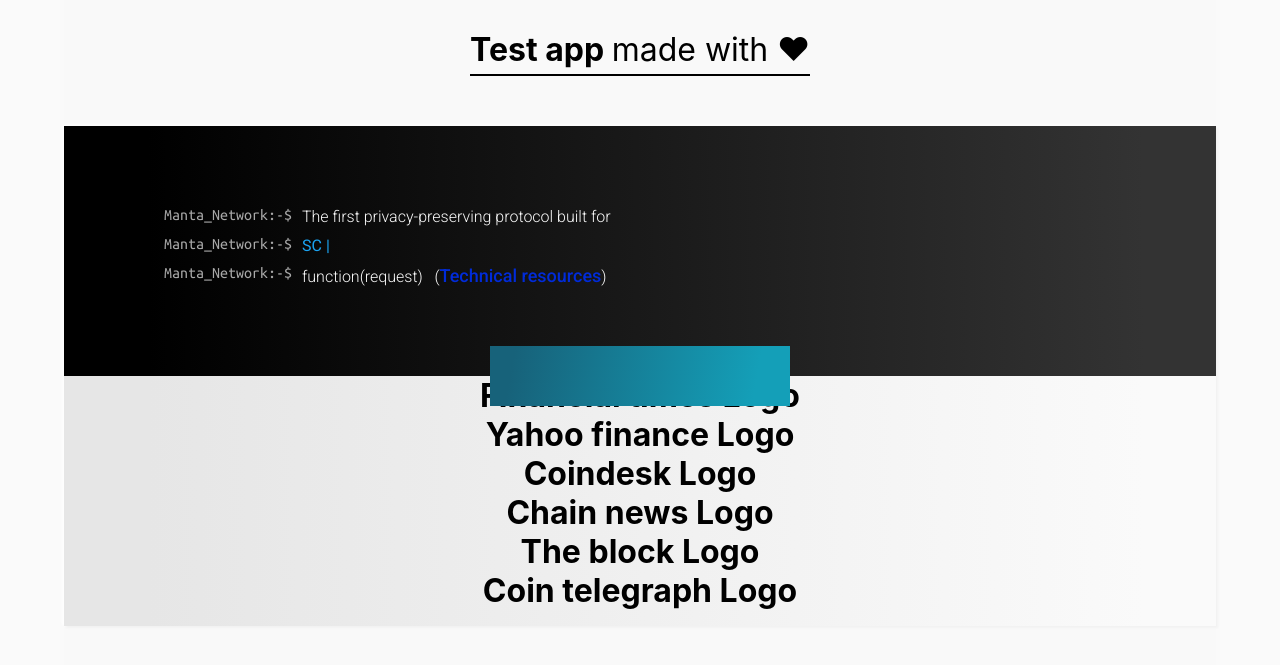
Repository: Khattak01/test-app
Page: /
These files come from the project's save history. The page is drawn as it stood at one moment and after the next save; the edit follows.
The browser window is 1280 px wide. The pictures show the whole page.
The project was rebuilt for these pictures with package versions that can differ from the ones it lists, and the page was loaded fresh each time.

Above is the page before, as saved 2021-05-12 08:31:35.

### public/index.html
<!DOCTYPE html>
<html lang="en">
  <head>
    <meta charset="utf-8" />
    <link rel="icon" href="%PUBLIC_URL%/favicon.ico" />
    <meta name="viewport" content="width=device-width, initial-scale=1" />
    <meta name="theme-color" content="#000000" />
    <meta
      name="description"
      content="Web site created using create-react-app"
    />
    <link rel="apple-touch-icon" href="%PUBLIC_URL%/logo192.png" />
    <!--
      manifest.json provides metadata used when your web app is installed on a
      user's mobile device or desktop. See https://developers.google.com/web/fundamentals/web-app-manifest/
    -->
    <link rel="manifest" href="%PUBLIC_URL%/manifest.json" />
    <!--
      Notice the use of %PUBLIC_URL% in the tags above.
      It will be replaced with the URL of the `public` folder during the build.
      Only files inside the `public` folder can be referenced from the HTML.

      Unlike "/favicon.ico" or "favicon.ico", "%PUBLIC_URL%/favicon.ico" will
      work correctly both with client-side routing and a non-root public URL.
      Learn how to configure a non-root public URL by running `npm run build`.
    -->
    <title>Test App</title>
  </head>
  <body>
    <noscript>You need to enable JavaScript to run this app.</noscript>
    <div id="root"></div>
    <!--
      This HTML file is a template.
      If you open it directly in the browser, you will see an empty page.

      You can add webfonts, meta tags, or analytics to this file.
      The build step will place the bundled scripts into the <body> tag.

      To begin the development, run `npm start` or `yarn start`.
      To create a production bundle, use `npm run build` or `yarn build`.
    -->
  </body>
</html>

### src/index.js
import React from 'react';
import ReactDOM from 'react-dom';
import './index.css';
import App from '../src/components/app/App';

ReactDOM.render(
  <React.StrictMode>
      <App />
  </React.StrictMode>,
  document.getElementById('root')
);

### src/index.css
*{
  margin: 0;
  padding: 0;
  box-sizing: border-box;
}
body {
  margin: 0;
  font-family: -apple-system, BlinkMacSystemFont, 'Segoe UI', 'Roboto', 'Oxygen',
    'Ubuntu', 'Cantarell', 'Fira Sans', 'Droid Sans', 'Helvetica Neue',
    sans-serif;
  -webkit-font-smoothing: antialiased;
  -moz-osx-font-smoothing: grayscale;
}

code {
  font-family: source-code-pro, Menlo, Monaco, Consolas, 'Courier New',
    monospace;
}

.container{
  width:90%;
  margin:auto auto;
  background-color: #f9f9f9;
  padding: 10px;
}

### src/components/app/App.js
import React from 'react'
import './App.css'
import Banner from '../banner/Banner'

const App = () => {
    return (
        <div className="app container">
            <h1>Test app <span style={{fontWeight:'lighter'}}> made with </span> &#10084;</h1>
            <Banner />
        </div>
    )
}

export default App

### src/components/app/App.css
@import url("https://fonts.googleapis.com/css2?family=Ubuntu+Mono:ital,wght@0,400;0,700;1,400&display=swap");
@import url("https://fonts.googleapis.com/css2?family=Roboto:ital,wght@0,300;0,400;0,500;0,700;1,300;1,400;1,500;1,700&display=swap");

body {
  background-color: #fafafa;
}
.app {
  padding: 30px 0;
  min-height: 100vh;
  text-align: center;
}
.app > h1 {
  display: inline-block;

  text-align: center;
  width: max-content;
  padding-bottom: 5px;
  border-bottom: 2px solid black;
  margin-bottom: 50px;
}

:root {
  --color-primary: linear-gradient(
    100.28537797494744deg,
    rgba(23, 98, 122, 1) 6.8671875%,
    rgba(23, 98, 122, 1) 8.216145833333332%,
    rgba(20, 159, 184, 1) 87.80468749999999%
  );

  --color-dark: linear-gradient(
    89.76211853375082deg,
    rgba(0, 0, 0, 1) 5.893229166666666%,
    rgba(0, 0, 0, 1) 7.356770833333332%,
    rgba(51, 51, 51, 1) 93.70572916666666%
  );

  --color-light: linear-gradient(
    89.76211853375082deg,
    rgba(230, 230, 230, 1) 5.893229166666666%,
    rgba(230, 230, 230, 1) 7.356770833333332%,
    rgba(250, 250, 250, 1) 93.70572916666666%
  );

  --font-heading: "Ubuntu Mono", monospace;
  --font-generic: "Roboto", sans-serif;
}

.heading{
  font-family:var(--font-heading);
  color: #a8a8a8;
  font-weight:500;
}
.text{
  font-family: var(--font-generic);
  color: #fafafa;
  font-weight:300;
}

### src/components/banner/Banner.js
import React from 'react'
import classes from './Banner.module.css'

import Box from '../../UI/box/Box'

const Banner = () => {

    return (
        <Box className={classes.banner}>
            {/* <h1>Test App</h1>
            <button className={classes.banner__btn}>Button</button> */}
            <div className={classes.banner__top}>
                <div className={classes.text_box}>
                    <h4 className="heading">Manta_Network:-$</h4>
                    <p className='text'>The first privacy-preserving protocol built for</p>
                </div>
                <div className={classes.text_box}>
                    <h4 className="heading">Manta_Network:-$</h4>
                    <p style={{ color: '#1ba4f3' }}>SC |</p>
                </div>
                <div className={classes.text_box}>
                    <h4 className="heading">Manta_Network:-$</h4>
                    <p className='text'>function(request) &nbsp;&nbsp;(<span style={{ color: '#002bd9', fontSize: '18px', fontWeight: 500 }}>Technical resources</span>)</p>
                </div>
            </div>
            <div className={classes.banner__center}></div>
            <div className={classes.banner__bottom}>
                <div><h1>Financial times Logo</h1></div>
                <div><h1>Yahoo finance Logo</h1></div>
                <div><h1>Coindesk Logo</h1></div>
                <div><h1>Chain news Logo</h1></div>
                <div><h1>The block Logo</h1></div>
                <div><h1>Coin telegraph  Logo</h1></div>
            </div>
        </Box>
    )
}

export default Banner

### src/components/banner/Banner.module.css
.banner {
  width: 100%;
  max-width: 80rem;
  /* border: 1px solid black; */
  margin: auto auto;
  /* padding: 20px; */
  position: relative;
}

.banner__top,.banner__bottom{
  min-height: 250px;
  width: 100%;
  background-color: red;
}
.text_box{
  display: flex;
  margin-bottom: 10px;
}

.text_box p{
  margin-left: 10px;
  font-family: var(--font-generic);
}
.banner__top{
  background-image: var(--color-dark);
  position: relative;

  display: flex;
  justify-content: center;
  flex-direction: column;
  padding-left: 100px;

}
.banner__center{
  position: absolute;
  top: 50%;
  left: 50%;
  transform: translate(-50%,-50%);

  background-image: var(--color-primary);
  width: 300px;
  height:60px
}
.banner__bottom{
  background-image: var(--color-light)
}



.banner__btn {
  margin: auto auto;
  width: 300px !important;
  display: flex;
  justify-content: center;
  align-items: center;
  /* background:#1AAB8A; */

  background-image: var(--color-primary);

  color: #fff;
  border: none;
  position: relative;
  height: 60px;
  font-size: 18px;
  padding: 0 20px;
  cursor: pointer;
  transition: 800ms ease all;
  outline: none;
}
.banner__btn:hover {
  background: #fff;
  color: #1aab8a;
}
.banner__btn:before,
.banner__btn:after {
  content: "";
  position: absolute;
  top: 0;
  right: 0;
  height: 2px;
  width: 0;
  background: #1aab8a;
  transition: 400ms ease all;
}
.banner__btn:after {
  right: inherit;
  top: inherit;
  left: 0;
  bottom: 0;
}
.banner__btn:hover:before,
.banner__btn:hover:after {
  width: 100%;
  transition: 800ms ease all;
}

### src/UI/box/Box.js

import React from 'react'
import classes from './Box.module.css'

const Box = (props) => {
    return (
        <div onClick={props.onClick} className={[classes.box,props.className].join(' ')}>
            {props.children}
        </div>
    )
}

export default Box

### src/UI/box/Box.module.css
.box {
  background-color: #ffffff;
  transition: all 0.25s cubic-bezier(0.86, 1.26, 0.59, 1.03);
  /* min-height: 1rem; */
  /* padding: 1rem; */
  /* border-radius: 1rem; */
  box-shadow: 2px 2px 2px #f2f2f2, -2px -1px 3px #ffffff;
}
.box:hover {
  /* transform: translateZ(0) scale(1.05); */
  backface-visibility: hidden;
}

After the next save:
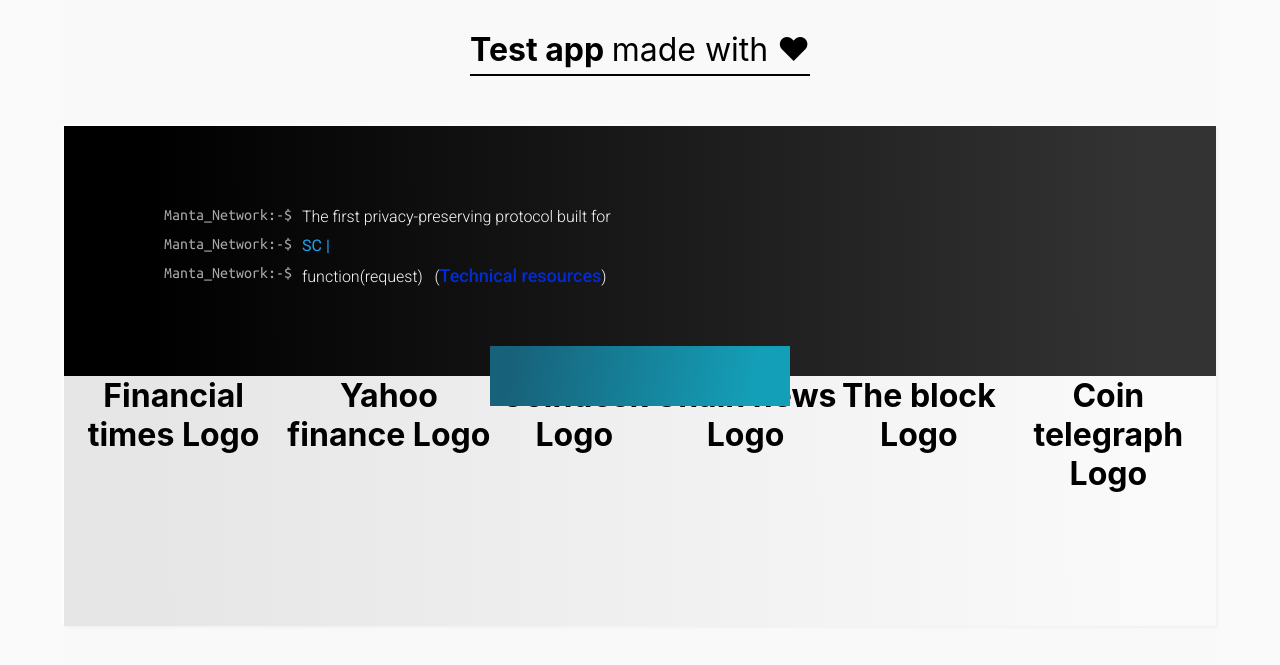
Saved 16 s later.
--- a/src/components/banner/Banner.module.css
+++ b/src/components/banner/Banner.module.css
@@ -42,7 +42,8 @@
   height:60px
 }
 .banner__bottom{
-  background-image: var(--color-light)
+  background-image: var(--color-light);
+  display: flex;
 }
 
 
